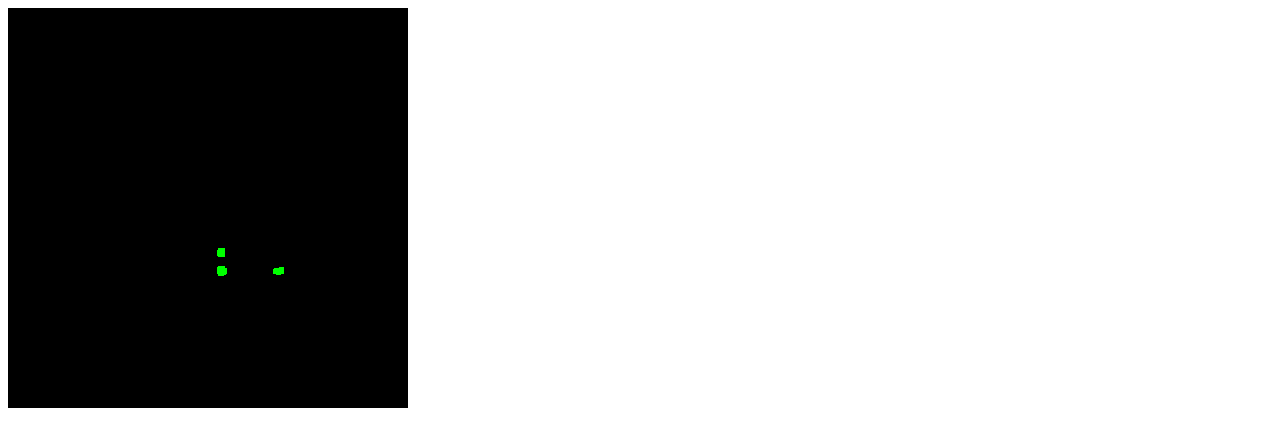
Repository: shaneikennedy/game-of-life
Page: index.html
These files come from the project's save history. The page is drawn as it stood at one moment and after the next save; the edit follows.
The browser window is 1280 px wide. The pictures show the whole page.

Above is the page before, as saved 2018-10-27 18:03:27.

After the next save:
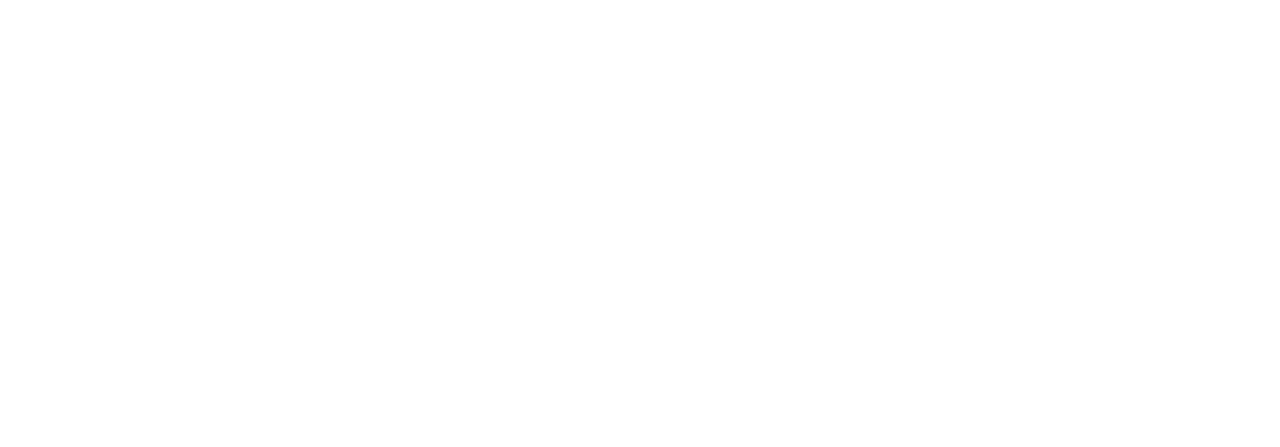
Console error: TypeError: Cannot set properties of undefined (setting '220')
Saved 19 s later.
--- a/gol.js
+++ b/gol.js
@@ -32,8 +32,8 @@
   // living initialization
   for (let i = 0; i < 10000; i++) {
     living.push({
-      x: Math.round(Math.random() * 100 + 200),
-      y: Math.round(Math.random() * 100 + 200),
+      x: Math.round(Math.random() * 1000 + 200),
+      y: Math.round(Math.random() * 1000 + 200),
     });
   }
 

After the 4 saves that followed:
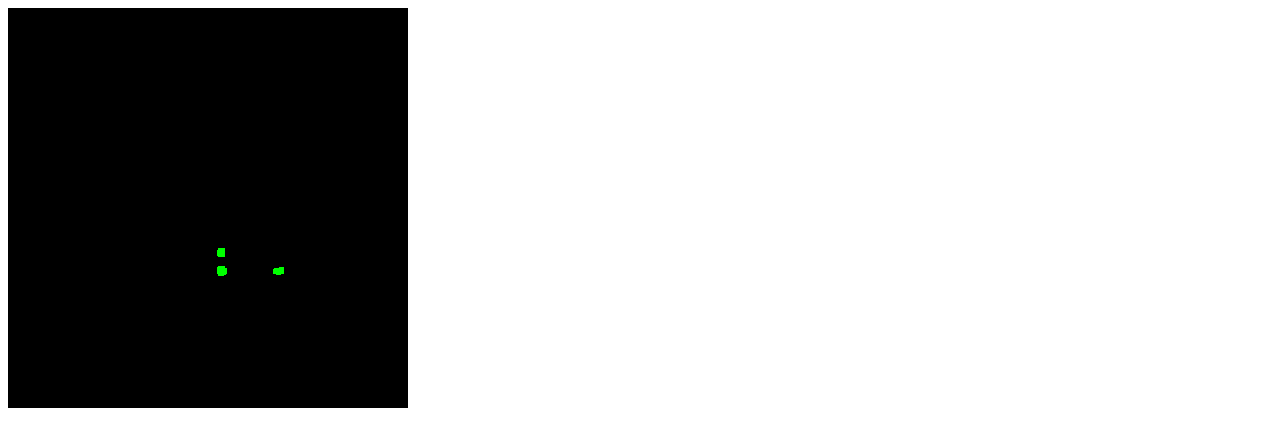
The error is gone.
The 4 saves are shown as one change because 3 left the picture as it was.
The last was saved 2 min 33 s later.
--- a/gol.js
+++ b/gol.js
@@ -32,8 +32,8 @@
   // living initialization
   for (let i = 0; i < 10000; i++) {
     living.push({
-      x: Math.round(Math.random() * 1000 + 200),
-      y: Math.round(Math.random() * 1000 + 200),
+      x: Math.round(Math.random() * 100 + 200),
+      y: Math.round(Math.random() * 100 + 200),
     });
   }
 
